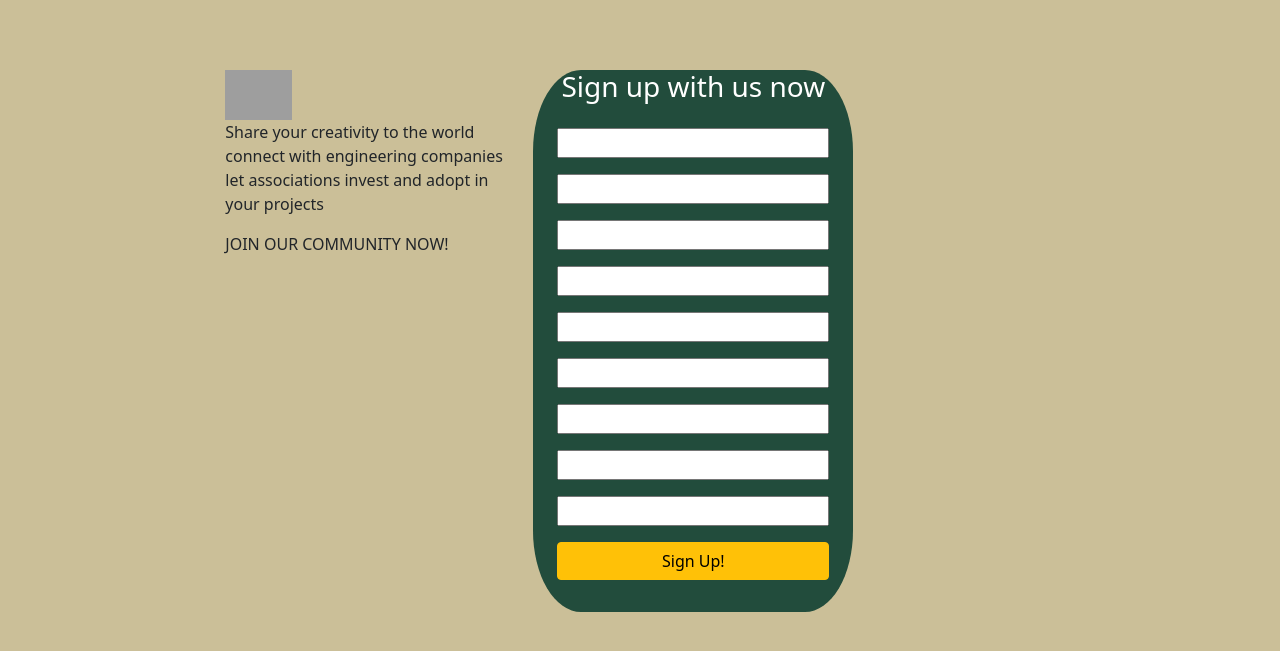
Repository: ahmadjamal-1997/Project-Taqadam
Page: http://localhost/Taqadam/WEB-INF/registrationstudent.jsp
These files come from the project's save history. The page is drawn as it stood at one moment and after the next save; the edit follows.
The browser window is 1280 px wide. The pictures show the whole page.
Pictures or frames that could not be fetched are drawn as grey boxes. The page is served by Tomcat 9. Nobody is signed in. Other server files are loaded and not shown. The template is opened directly, without the code that normally fills it, so the values that code supplies are empty.

Above is the page before, as saved 2022-03-31 08:26:55.

### Taqadam-new/Taqadam-java/Taqadam-new/Taqadam/src/main/webapp/WEB-INF/registrationstudent.jsp
<%@ page language="java" contentType="text/html; charset=UTF-8"
    pageEncoding="UTF-8"%>
<%@ taglib prefix="c" uri="http://java.sun.com/jsp/jstl/core" %>
<%@ taglib prefix="form" uri="http://www.springframework.org/tags/form" %>
<%@ page isErrorPage="true" %>
<!DOCTYPE html PUBLIC "-//W3C//DTD HTML 4.01 Transitional//EN" "http://www.w3.org/TR/html4/loose.dtd">
<html>
<head>
<meta http-equiv="Content-Type" content="text/html; charset=UTF-8">
<title>Registration Page</title>
<link href="https://cdn.jsdelivr.net/npm/bootstrap@5.1.3/dist/css/bootstrap.min.css" rel="stylesheet" integrity="sha384-1BmE4kWBq78iYhFldvKuhfTAU6auU8tT94WrHftjDbrCEXSU1oBoqyl2QvZ6jIW3" crossorigin="anonymous">
<style>
        img{
            max-height: 50px;
        }
        .form{
            border-radius: 15%;
             display: flex;
             flex-direction: column;

             align-items: center;
             background-color: #224c3c;
        }
        .par{
        display:flex;
        justify-content:space-between;
        }
    </style>
</head>
<body>
   <body style="background-color: #cbbf98;">
    <div class="container-fluid" >
        <div class="row" style="height: 70px;">
        </div>
        <div class="row">
            <div class="col-2"></div>
            <div class="col-3">
                <img src="/photo/taqdam-01.png" alt="logo">
                <p class="par">Share your creativity to the world<br>connect with engineering companies<br>
                let associations invest and adopt in<br>your projects</p>
                <p class="par">JOIN OUR COMMUNITY NOW!</p>
                <p><i class="bi bi-github"></i></p>
            </div>
            <div class="col-3 form">
                    <h3 style="color: white;">Sign up with us now</h3>

                <div class="container">
                <form:form method="POST" action="/registration/student" modelAttribute="user">
                    <p><form:errors path="user.*"/></p>

                    <div class="row mb-3">

                            <form:input palceholder="First Name" path="firstName"/>

                    </div>
                    <div class="row mb-3">

                            <form:input palceholder="Last Name" path="lastName"/>

                    </div>
                    <div class="row mb-3">

                            <form:input palceholder="Email" path="email"/>

                    </div>
                    <div class="row mb-3">

                            <form:input palceholder="phone" path="phone"/>

                    </div>
                    <div class="row mb-3">

                       <form:input palceholder="university" path="university"/>

                    </div>
                    <div class="row mb-3">

                        <form:input palceholder="field" path="field"/>

                    </div>
                    <div class="row mb-3">

                         <form:input palceholder="bio" path="bio"/>

                    </div>
                    <div class="row mb-3">

                         <form:input palceholder="password" path="password"/>

                    </div>
                    <div class="row mb-3">

                         <form:input palceholder="confirm" path="confirm"/>

                    </div>
                    <div class="row mb-3">
                    <input type="submit" class="btn btn-warning mb-3" value="Sign Up!"/>
                    </div>
                    </div>
                </form:form>
            </div>
        </div>
    </div>
</body>
</html>

After the next save:
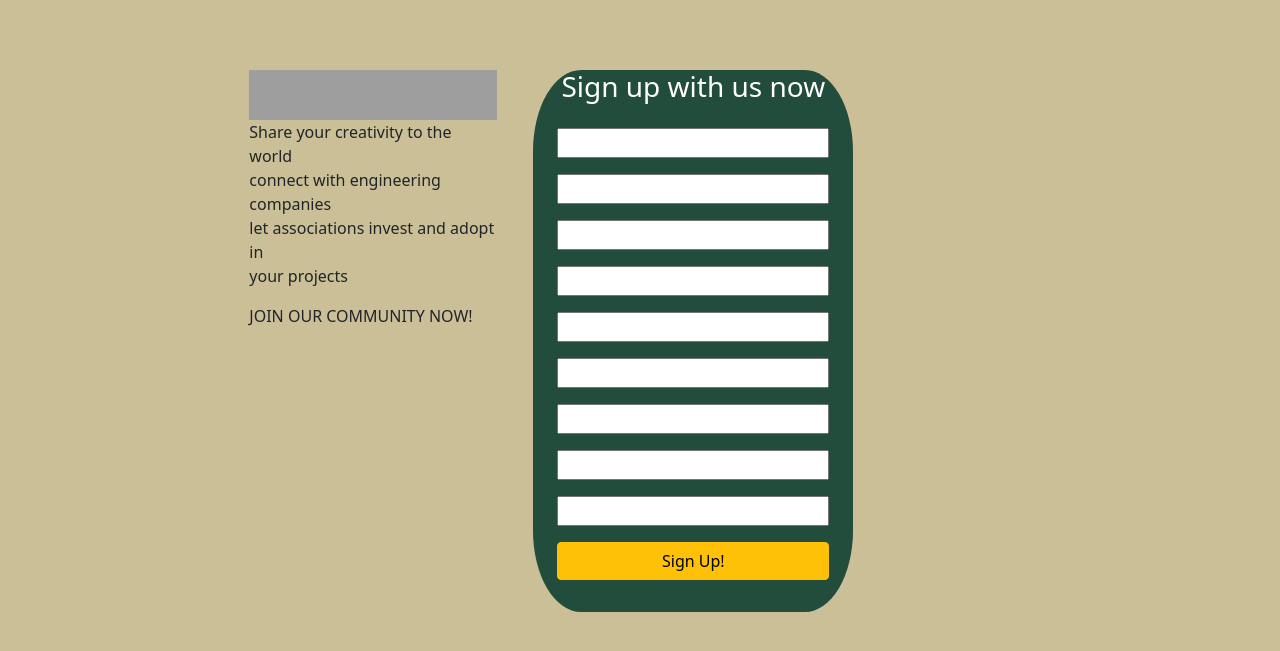
Saved 2 min 58 s later.
--- a/Taqadam-new/Taqadam-java/Taqadam-new/Taqadam/src/main/webapp/WEB-INF/registrationstudent.jsp
+++ b/Taqadam-new/Taqadam-java/Taqadam-new/Taqadam/src/main/webapp/WEB-INF/registrationstudent.jsp
@@ -35,11 +35,15 @@
         <div class="row">
             <div class="col-2"></div>
             <div class="col-3">
+            <div class="container">
+            	<div class="row">
                 <img src="/photo/taqdam-01.png" alt="logo">
+                </div>
                 <p class="par">Share your creativity to the world<br>connect with engineering companies<br>
                 let associations invest and adopt in<br>your projects</p>
                 <p class="par">JOIN OUR COMMUNITY NOW!</p>
                 <p><i class="bi bi-github"></i></p>
+            </div>
             </div>
             <div class="col-3 form">
                     <h3 style="color: white;">Sign up with us now</h3>
